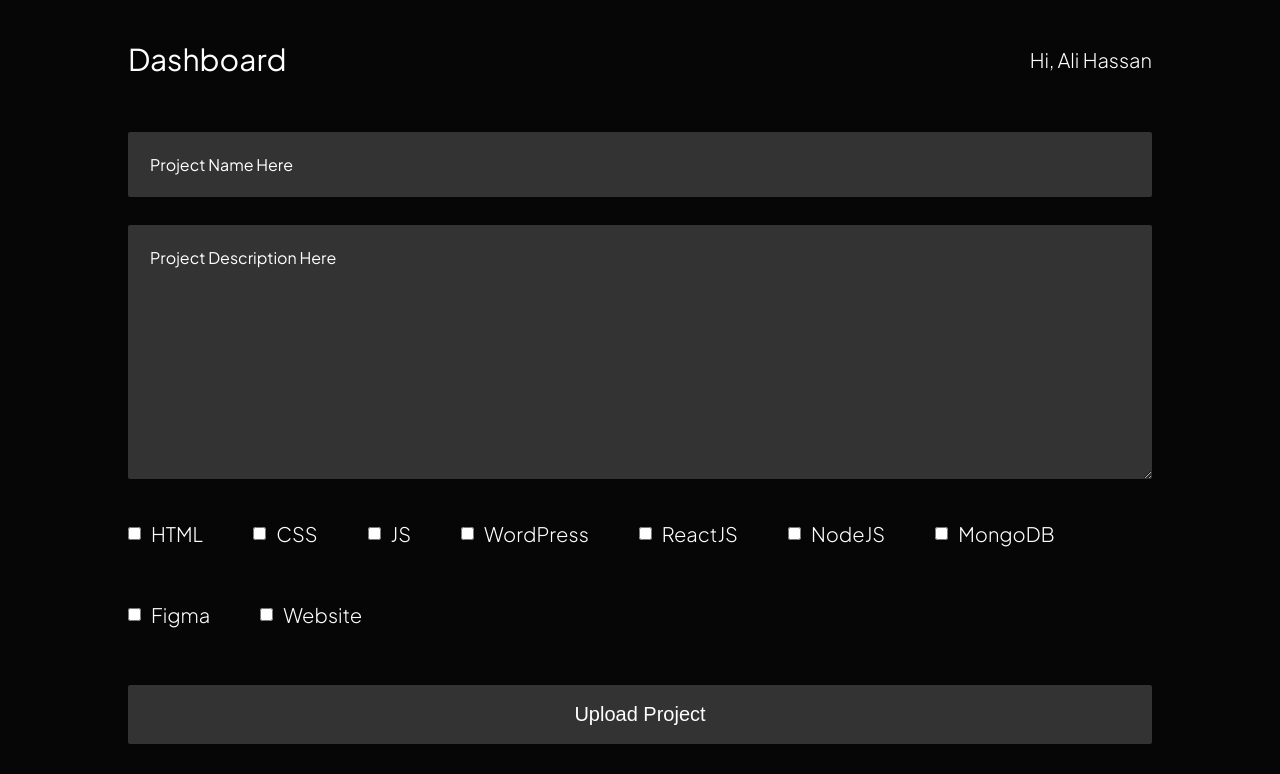
Repository: AliHassan02-Dev/PORTFOLIO
Page: /AdminDashborad (app in Front-end/)
The author's editor kept a copy of each file at every save. The page is drawn from the files as they stood at one save, then again after the next save.
The browser window is 1280 px wide. The pictures show the whole page.
The project was rebuilt for these pictures with package versions that can differ from the ones it lists, and the page was loaded fresh each time. Also part of the build but not shown: Front-end/vite.config.js, Front-end/src/Pages/Home.jsx, Front-end/src/Pages/About.jsx, Front-end/src/Components/Footer.jsx, Front-end/src/Components/Navbar.jsx, Front-end/src/data.js, Front-end/src/Components/ProjectsBox.jsx, Front-end/src/App.jsx and 5 more.

Above is the page before, as saved 2024-08-31 07:35:57.

### Front-end/src/main.jsx
import React from 'react'
import ReactDOM from 'react-dom/client'
import App from './App.jsx'
import './App.css'
import { BrowserRouter, Route, Routes } from 'react-router-dom'
import AllProjects from './Pages/AllProjects.jsx'
import ProjectPreview from './Components/ProjectPreview.jsx'
import Login from './Pages/Login.jsx'
import { Register } from './Pages/Register.jsx'
import AdminDashboard from './Pages/AdminDashboard.jsx'

ReactDOM.createRoot(document.getElementById('root')).render(
  <>
    <BrowserRouter>
      <Routes>
        <Route path='/' element={<App />} />
        <Route path='/Login' element={<Login />} />
        <Route path='/Register' element={<Register />} />
        <Route path='/AdminDashborad' element={<AdminDashboard />} />
        <Route path='/Projects' element={<AllProjects />} />
        <Route path='/projects/projectPreview' element={<ProjectPreview />} />
      </Routes>
    </BrowserRouter>
  </>
)

### Front-end/src/Pages/AdminDashboard.jsx
import React, { useState } from "react";

const AdminDashboard = () => {
  const [projectData, setProjectData] = useState({
    projectName: "",
    projectDesc: "",
    // Html: "",
    // Css: "",
    // Js: "",
    // React: "",
    // Wordpress: "",
    // Node: "",
    // MongoDb: "",
    // Figma: "",
    // Website: "",
  });

  const handleEvent = (e) => {
    const name = e.target.name;
    const value = e.target.value;

    setProjectData({
      ...projectData,
      [name]: value,
    });
  };

  const handleSubmit = (e) => {
    e.preventDefault();

    console.log(projectData);
  };

  return (
    <div className="dashboardWrapper">
      <div className="dashboardContainer">
        <div className="topBar">
          <div className="left">
            <h2>Dashboard</h2>
          </div>
          <div className="right">
            <h2>Hi, Ali Hassan</h2>
          </div>
        </div>
        <div className="midContainer">
          <input
            type="text"
            name="projectName"
            placeholder="Project Name Here"
            value={projectData.projectName}
            onChange={handleEvent}
          />
          <textarea
            name="projectDesc"
            cols="30"
            rows="10"
            placeholder="Project Description Here"
            value={projectData.projectDesc}
            onChange={handleEvent}
          ></textarea>

          <div className="skillBox">
            <div className="skillBar">
              <input
                type="checkbox"
                name="Html"
                value={projectData.Html}
                onChange={handleEvent}
              />
              <p>HTML</p>
            </div>
            <div className="skillBar">
              <input
                type="checkbox"
                name="Css"
                value={projectData.Css}
                onChange={handleEvent}
              />

              <p>CSS</p>
            </div>
            <div className="skillBar">
              <input
                type="checkbox"
                name="Js"
                value={projectData.Js}
                onChange={handleEvent}
              />

              <p>JS</p>
            </div>
            <div className="skillBar">
              <input
                type="checkbox"
                name="Wordpress"
                value={projectData.Wordpress}
                onChange={handleEvent}
              />
              <p>WordPress</p>
            </div>
            <div className="skillBar">
              <input
                type="checkbox"
                name="React"
                value={projectData.React}
                onChange={handleEvent}
              />
              <p>ReactJS</p>
            </div>
            <div className="skillBar">
              <input
                type="checkbox"
                name="Node"
                value={projectData.Node}
                onChange={handleEvent}
              />
              <p>NodeJS</p>
            </div>
            <div className="skillBar">
              <input
                type="checkbox"
                name="MongoDb"
                value={projectData.MongoDb}
                onChange={handleEvent}
              />
              <p>MongoDB</p>
            </div>
          </div>

          <div className="linksBox">
            <div className="linksBar">
              <input
                type="checkbox"
                name="projectLinks"
                value={projectData.Figma}
                onChange={handleEvent}
              />
              <p>Figma</p>
            </div>
            <div className="linksBar">
              <input
                type="checkbox"
                name="projectLinks"
                value={projectData.Website}
                onChange={handleEvent}
              />
              <p>Website</p>
            </div>
          </div>

          <button onClick={handleSubmit}>Upload Project</button>
        </div>
      </div>
    </div>
  );
};

export default AdminDashboard;

### Front-end/src/Pages/Skills.jsx
import React from "react";
import { TiHtml5 } from "react-icons/ti";
import { IoLogoCss3 } from "react-icons/io5";
import { SiJavascript } from "react-icons/si";
import { FaFigma } from "react-icons/fa6";
import { IoLogoWordpress } from "react-icons/io5";
import { FaNode } from "react-icons/fa6";
import { IoLogoReact } from "react-icons/io5";
import { SiMongodb } from "react-icons/si";

const skillsData = [
  {
    id: "1",
    skill: "HTML",
    aniClassName: "leftSide",
    logo: <TiHtml5 className="skillLogo" />,
  },
  {
    id: "2",
    skill: "CSS",
    aniClassName: "rightSide",
    logo: <IoLogoCss3 className="skillLogo" />,
  },
  {
    id: "3",
    skill: "JavaScript",
    aniClassName: "leftSide",
    logo: <SiJavascript className="skillLogo" />,
  },
  {
    id: "4",
    skill: "Figma",
    aniClassName: "rightSide",
    logo: <FaFigma className="skillLogo" />,
  },
  {
    id: "5",
    skill: "WordPess",
    aniClassName: "leftSide",
    logo: <IoLogoWordpress className="skillLogo" />,
  },
  {
    id: "6",
    skill: "ReactJs | ViteJs",
    aniClassName: "rightSide",
    logo: <FaNode className="skillLogo" />,
  },
  {
    id: "7",
    skill: "NodeJs",
    aniClassName: "leftSide",
    logo: <IoLogoReact className="skillLogo" />,
  },
  {
    id: "8",
    skill: "MongoDB",
    aniClassName: "rightSide",
    logo: <SiMongodb className="skillLogo" />,
  },
];

const Skills = () => {
  return (
    <div className="skillsContainer containers">
      <div className="top">
        <div className="left">
          <h2>MY SKILLS</h2>
        </div>
        <div className="right">
          <p>
            Building dynamic, user-focused web solutions with precision,
            creativity, and technical excellence.
          </p>
        </div>
      </div>
      <div className="bottom">
        {skillsData.map((elem, idx) => {
          return (
            <div className={`skillBar ${elem.aniClassName}`}>
              <div className="line"></div>
              <div className="left">
                <p>{elem.id}</p>
                <h2>{elem.skill}</h2>
              </div>
              <div className="right">{elem.logo}</div>
            </div>
          );
        })}
      </div>
    </div>
  );
};

export default Skills;

Loaded but not shown: Front-end/index.html (common file); Front-end/src/App.css (1550 lines, source omitted)

After the next save:
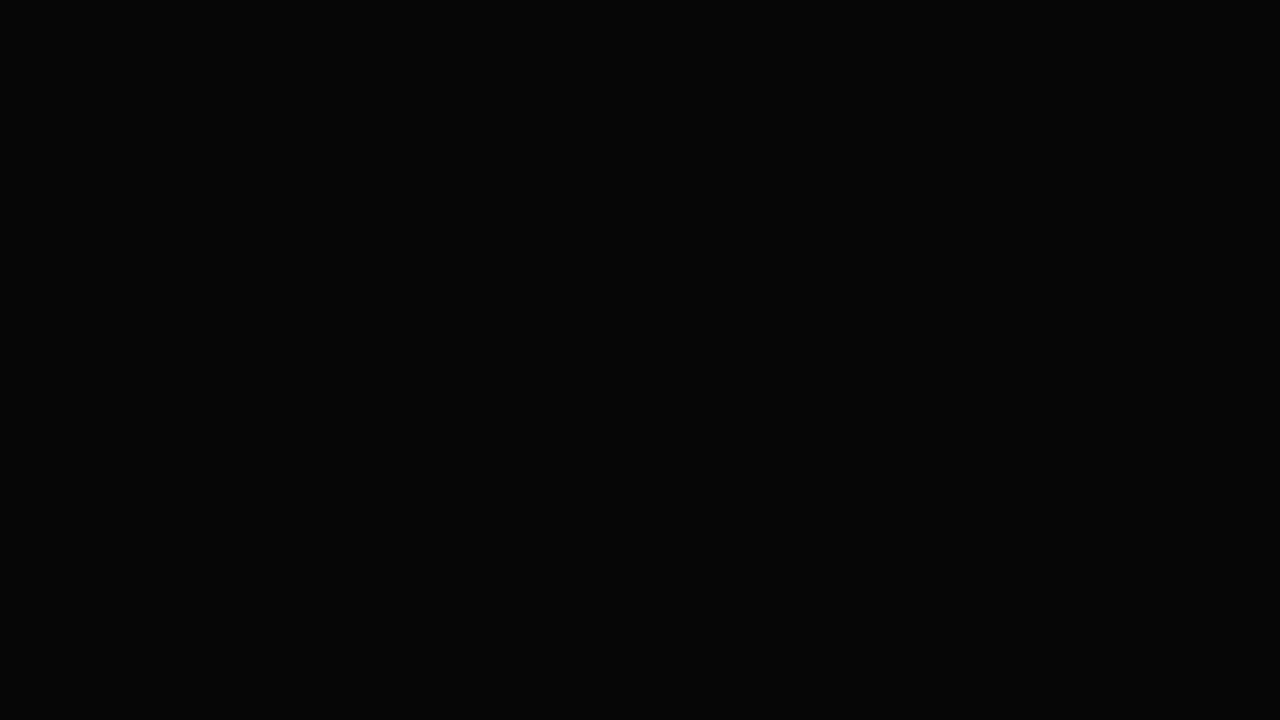
Console error: ReferenceError: isChecked is not defined
Saved 80 s later.
--- a/Front-end/src/Pages/AdminDashboard.jsx
+++ b/Front-end/src/Pages/AdminDashboard.jsx
@@ -64,6 +64,7 @@
               <input
                 type="checkbox"
                 name="Html"
+                checked={isChecked}
                 value={projectData.Html}
                 onChange={handleEvent}
               />
@@ -73,6 +74,7 @@
               <input
                 type="checkbox"
                 name="Css"
+                checked={isChecked}
                 value={projectData.Css}
                 onChange={handleEvent}
               />
@@ -83,6 +85,7 @@
               <input
                 type="checkbox"
                 name="Js"
+                checked={isChecked}
                 value={projectData.Js}
                 onChange={handleEvent}
               />
@@ -93,6 +96,7 @@
               <input
                 type="checkbox"
                 name="Wordpress"
+                checked={isChecked}
                 value={projectData.Wordpress}
                 onChange={handleEvent}
               />
@@ -102,6 +106,7 @@
               <input
                 type="checkbox"
                 name="React"
+                checked={isChecked}
                 value={projectData.React}
                 onChange={handleEvent}
               />
@@ -111,6 +116,7 @@
               <input
                 type="checkbox"
                 name="Node"
+                checked={isChecked}
                 value={projectData.Node}
                 onChange={handleEvent}
               />
@@ -120,6 +126,7 @@
               <input
                 type="checkbox"
                 name="MongoDb"
+                checked={isChecked}
                 value={projectData.MongoDb}
                 onChange={handleEvent}
               />
@@ -132,6 +139,7 @@
               <input
                 type="checkbox"
                 name="projectLinks"
+                checked={isChecked}
                 value={projectData.Figma}
                 onChange={handleEvent}
               />
@@ -141,6 +149,7 @@
               <input
                 type="checkbox"
                 name="projectLinks"
+                checked={isChecked}
                 value={projectData.Website}
                 onChange={handleEvent}
               />

After the save that followed:
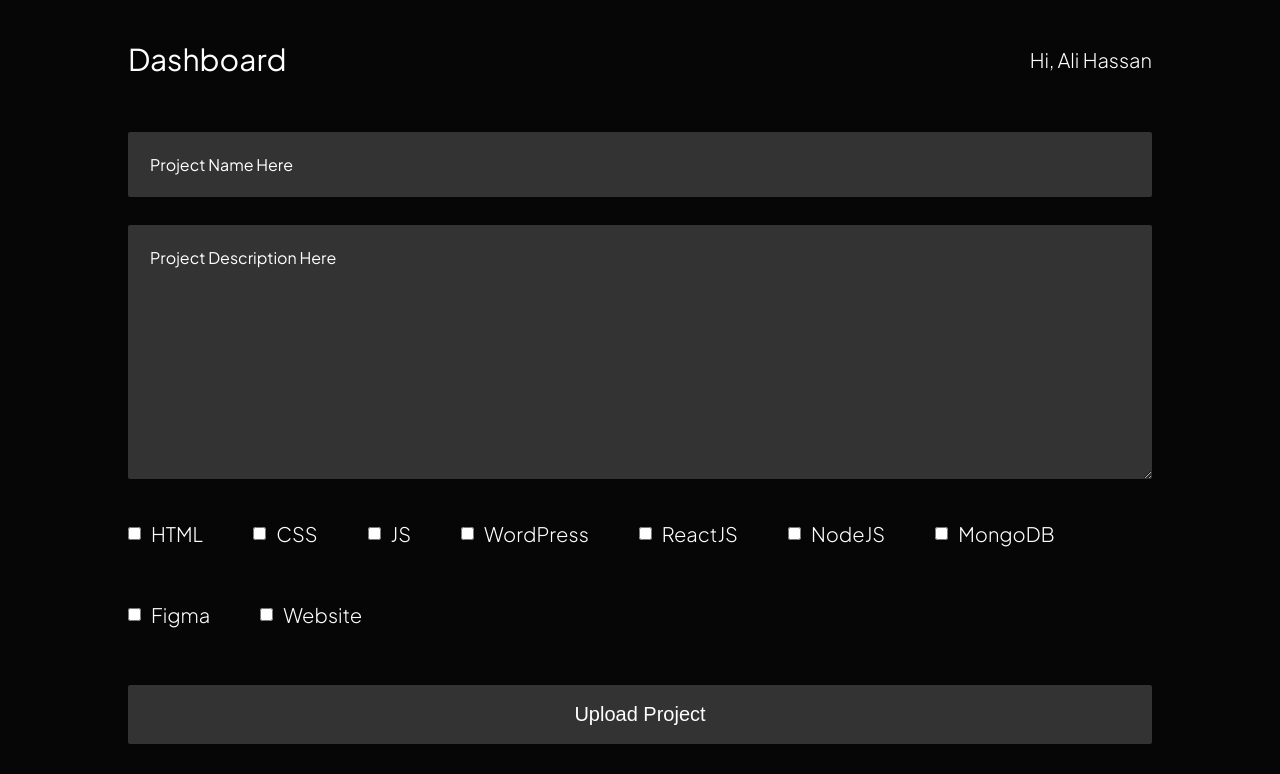
The error is gone.
Saved 2 min 32 s later.
--- a/Front-end/src/Pages/AdminDashboard.jsx
+++ b/Front-end/src/Pages/AdminDashboard.jsx
@@ -64,7 +64,6 @@
               <input
                 type="checkbox"
                 name="Html"
-                checked={isChecked}
                 value={projectData.Html}
                 onChange={handleEvent}
               />
@@ -74,7 +73,6 @@
               <input
                 type="checkbox"
                 name="Css"
-                checked={isChecked}
                 value={projectData.Css}
                 onChange={handleEvent}
               />
@@ -85,7 +83,6 @@
               <input
                 type="checkbox"
                 name="Js"
-                checked={isChecked}
                 value={projectData.Js}
                 onChange={handleEvent}
               />
@@ -96,7 +93,6 @@
               <input
                 type="checkbox"
                 name="Wordpress"
-                checked={isChecked}
                 value={projectData.Wordpress}
                 onChange={handleEvent}
               />
@@ -106,7 +102,6 @@
               <input
                 type="checkbox"
                 name="React"
-                checked={isChecked}
                 value={projectData.React}
                 onChange={handleEvent}
               />
@@ -116,7 +111,6 @@
               <input
                 type="checkbox"
                 name="Node"
-                checked={isChecked}
                 value={projectData.Node}
                 onChange={handleEvent}
               />
@@ -126,7 +120,6 @@
               <input
                 type="checkbox"
                 name="MongoDb"
-                checked={isChecked}
                 value={projectData.MongoDb}
                 onChange={handleEvent}
               />
@@ -139,7 +132,6 @@
               <input
                 type="checkbox"
                 name="projectLinks"
-                checked={isChecked}
                 value={projectData.Figma}
                 onChange={handleEvent}
               />
@@ -149,7 +141,6 @@
               <input
                 type="checkbox"
                 name="projectLinks"
-                checked={isChecked}
                 value={projectData.Website}
                 onChange={handleEvent}
               />
